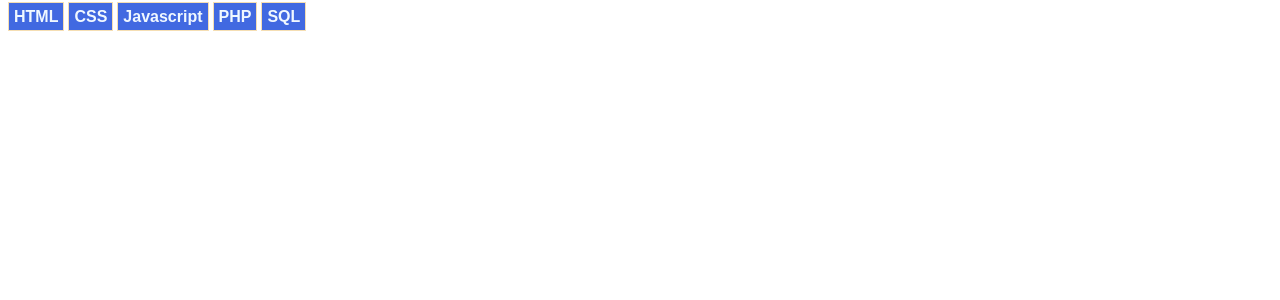
Repository: Pr-DuyTam/HTML-CSS-JS-PHP
Page: CSS/Bài Tập CSS/Bai2.html
These files come from the project's save history. The page is drawn as it stood at one moment and after the next save; the edit follows.
The browser window is 1280 px wide. The pictures show the whole page.
The pointer rests on the first visible `a`.

Above is the page before, as saved 2023-08-03 09:07:56.

### CSS/Bài Tập CSS/Bai2.html
<!DOCTYPE html>
<html lang="en">
<head>
    <meta charset="UTF-8">
    <meta name="viewport" content="width=device-width, initial-scale=1.0">
    <title>Bài tập 2</title>
    <style>
        a{

            width:150px;
            border: thin solid wheat;
            font-weight: bold;
            font-size: 12pt;
            font-family: Arial, Helvetica, sans-serif;
            text-align: center;
            padding: 5px; /*Thêm vào khoảng không cho thành phần*/
            text-decoration: none ; /*Định dạng văn bản thường, mặc định*/
        }
        a:link{
            color: aliceblue;
            background-color: #4169e1;
        }

    </style>
</head>
<body>
    <a href="http://www.w3schools.com/html/default.app">HTML</a>
    <a href="http://www.w3schools.com/CSS/default.app">CSS</a>
    <a href="http://www.w3schools.com/js/default.app">Javascript</a>
    <a href="http://www.w3schools.com/php/default.app">PHP</a>
    <a href="http://www.w3schools.com/sql/default.app">SQL</a>
</body>
</html>

After the next save:
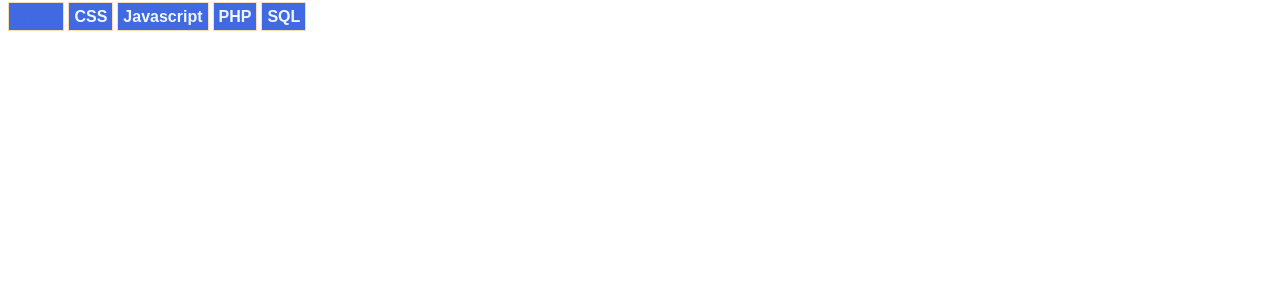
Saved 19 s later.
--- a/CSS/Bài Tập CSS/Bai2.html
+++ b/CSS/Bài Tập CSS/Bai2.html
@@ -20,7 +20,9 @@
             color: aliceblue;
             background-color: #4169e1;
         }
-
+        a:hover{
+            color: #4169e1;
+        }
     </style>
 </head>
 <body>
